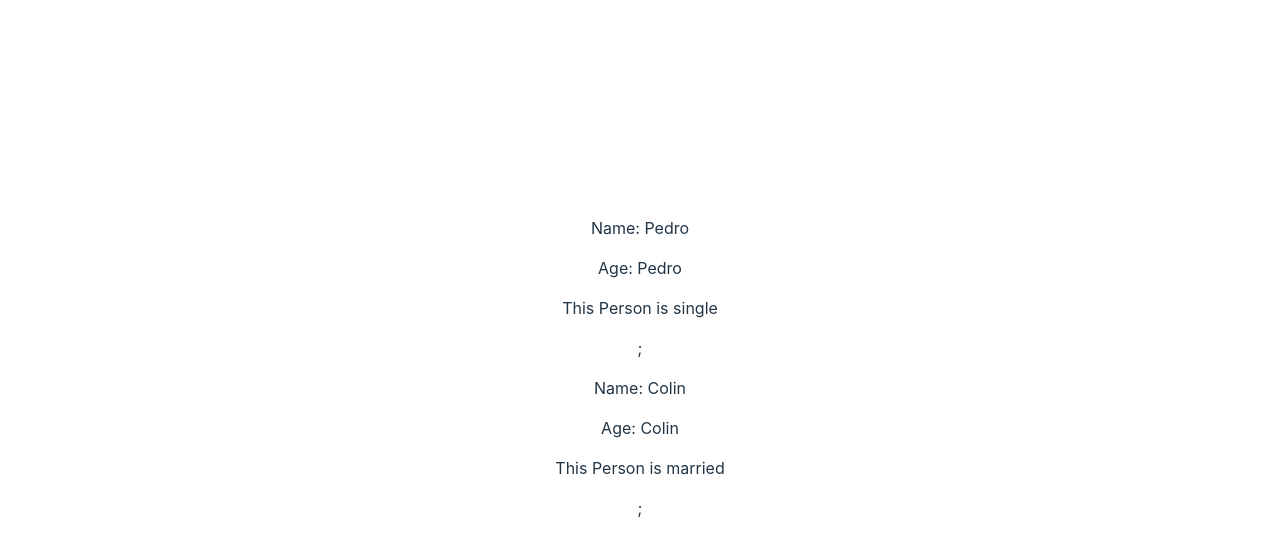
Repository: NexaiGuy/TypeScript-React
Page: /
The author's editor kept a copy of each file at every save. The page is drawn from the files as they stood at one save, then again after a run of saves.
The browser window is 1280 px wide. The pictures show the whole page.
The project was rebuilt for these pictures with package versions that can differ from the ones it lists, and the page was loaded fresh each time. Also part of the build but not shown: vite.config.ts.

Above is the page before, as saved 2024-09-14 02:12:19.

After the next 2 saves:
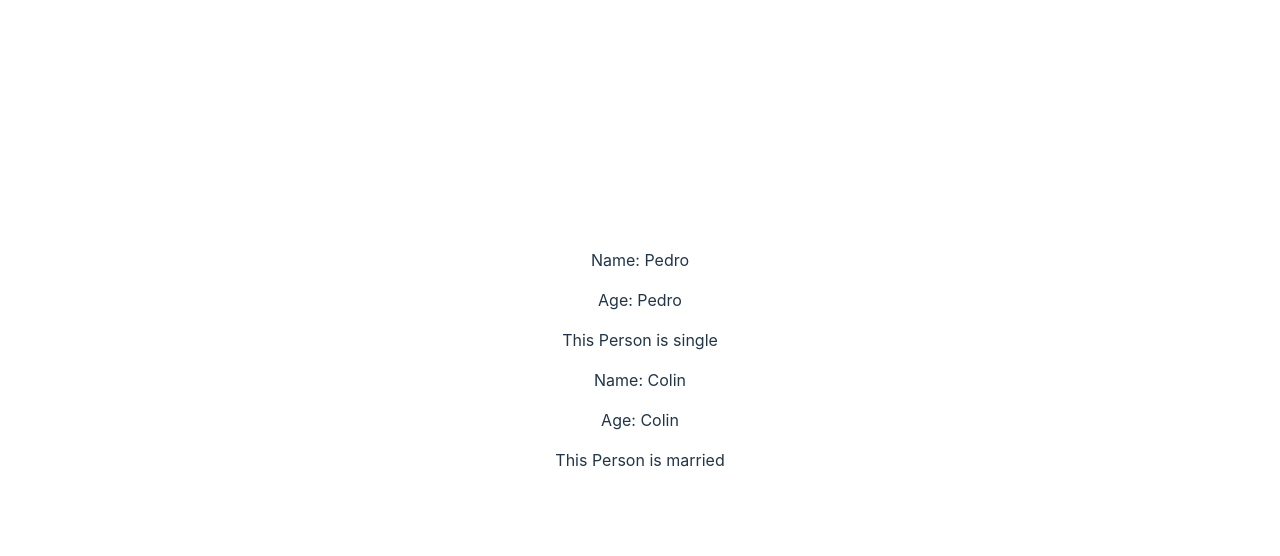
The 2 saves are shown as one change because they came seconds apart.
The last was saved 76 s later.
--- a/src/App.tsx
+++ b/src/App.tsx
@@ -4,8 +4,8 @@ import { Person } from './Person';
 function App() {
   return (
     <>
-      <Person name={"Pedro"}  age={22} isMarried={false} />;{" "}
-      <Person name={"Colin"}  age={24} isMarried={true} />;{" "}
+      <Person name={"Pedro"}  age={22} isMarried={false} />{" "}
+      <Person name={"Colin"}  age={24} isMarried={true} />{" "}
     </>
   );
 }
